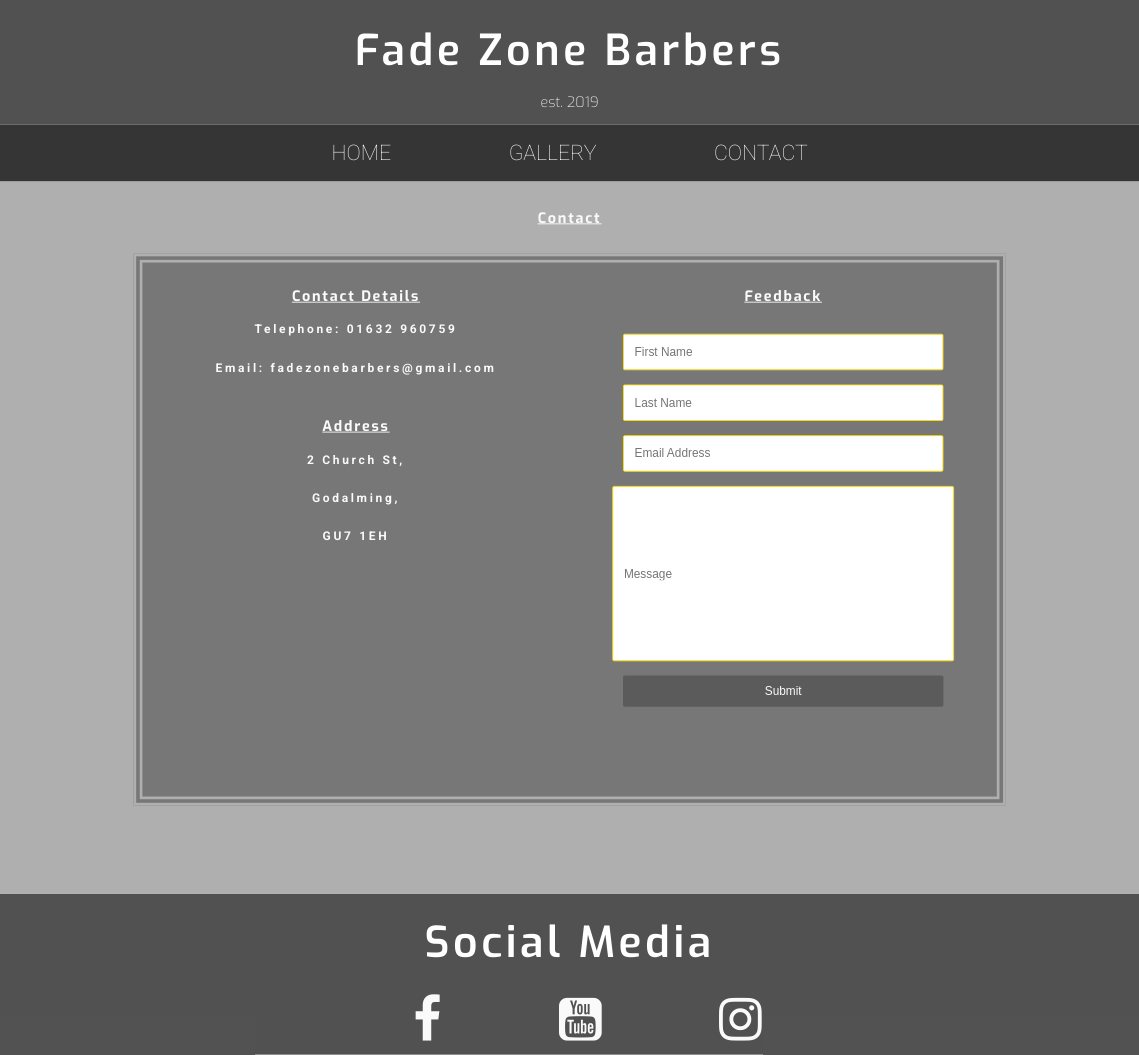
Repository: Boofy360/fade-zone-barbers
Page: contact.html
The author's editor kept a record of every edit. The page is drawn from the files as they stood at one moment, then again after the next edit.
The browser window is 1280 px wide. The pictures show the whole page, at 89% of full size.

Above is the page before.

### contact.html
<!DOCTYPE html>
<html lang="en">

<head>
    <meta charset="UTF-8">
    <meta name="viewport" content="width=device-width, initial-scale=1.0">
    <meta http-equiv="X-UA-Compatible" content="ie=edge">
    <link rel="stylesheet" href="assets/css/style.css" type="text/css" />
    <link rel="stylesheet" href="https://maxcdn.bootstrapcdn.com/font-awesome/4.7.0/css/font-awesome.min.css" type="text/css" />
    <link rel="stylesheet" href="https://cdnjs.cloudflare.com/ajax/libs/hover.css/2.3.1/css/hover-min.css" type="text/css" />
    <title>Document</title>
</head>

<body>
    <header>
        <div id="heading">
            <h1>Fade Zone Barbers</h1>
            <h2>est. 2019</h2>
            <!----------Figure out how to center---------->
        </div>
    </header>
    <nav>
        <ul id="navbar">
            <li>
                <a href="index.html">Home</a>
            </li>
            <li>
                <a href="gallery.html">Gallery</a>
            </li>
            <li>
                <a href="contact.html">Contact</a>
            </li>
        </ul>
    </nav>
    <section id="contact">
        <h2>Contact</h2>
        <div id="contact-overlay">
            <div id="left-contact">
                <h2>Contact Details</h2>
                <p>Telephone: 01632 960759</p>
                <p>Email: fadezonebarbers@gmail.com</p>
                <h2>Address</h2>
                <p>2 Church St,</p>
                <p>Godalming,</p>
                <p>GU7 1EH</p>
            </div>
            <div id="right-contact">
                <h2>Feedback</h2>
                <form action="" target="_self" method="post">
                    <input type="text" name="firstname" placeholder="First Name"/>
                    <input type="text" name="lastname" placeholder="Last Name"/>
                    <input type="text" name="email" placeholder="Email Address"/>
                    <input type="text" name="message" placeholder="Message"/>
                    <input type="submit" value="Submit"/>
                </form>
            </div>
        </div>
    </section>
    <footer>
        <h1>Social Media</h1>
        <ul id="social-networks">
            <li><a href="https://www.facebook.com" target="_blank"><i class="fa fa-facebook"></i></a></li>
            <li><a href="https://www.twitter.com" target="_blank"><i class="fa fa-youtube-square"></i></a></li>
            <li><a href="https://www.instagram.com" target="_blank"><i class="fa fa-instagram"></i></a></li>
        </ul>
    </footer>
</body>

</html>

### assets/css/style.css
@import url('https://fonts.googleapis.com/css?family=Roboto:100,200,300,400,500,600,700|Exo:100,200,300,400,500,600,700');

/*--------------------------------------------Special paddings/margins/text*/

body {
    margin: 0;
    padding: 0;
    border: 0;
}

a:link {
    text-decoration: none!important;
}

/*--------------------------------------------Header*/

header {
    background-color: rgba(8, 8, 8, 0.7);
    font-family: "Exo", sans-serif;
    line-height: 50px;
    text-align: center;
}

#heading h1 {
    font-size: 300%;
    letter-spacing: 4px;
    color: #fff;
    font-weight: 600;
    margin: 0;
    padding: 32px 0 8px;
}

#heading h2 {
    font-size: 100%;
    color: #fafafa;
    font-weight: 200;
    margin: 0;
}

/*--------------------------------------------Navbar*/

#navbar {
    background-color: rgba(32, 32, 32, 0.9);
    list-style-type: none;
    margin: auto;
    padding: 0;
    float: none;
    text-align: center
}

#navbar li {
    display: inline-block;
}

#navbar li a {
    font-family: "Roboto", sans-serif;
    color: #fafafa;
    font-size: 150%;
    font-weight: 100;
    text-transform: uppercase;
    padding: 0 64px;
    text-decoration: none;
    display: inline;
    line-height: 64px;
    transition: all 0.35s ease-in-out;
    -moz-transition: all 0.35s ease-in-out;
    -webkit-transition: all 0.35s ease-in-out;
    -o-transition: all 0.35s ease-in-out;
}

#navbar li a:hover {
    color: #ffdf00;
}


/*--------------------------------------------About Us*/

#hero-image {
    background-image: linear-gradient(rgba(0, 0, 0, 0.2), rgba(0, 0, 0, 0.2)), url("../images/tools-background.jpg");
    height: 100%;
    background-position: center;
    background-repeat: no-repeat;
    background-size: cover;
}


#hero-outer {
    height: 600px;
    width: 100%;
    overflow: hidden;
    position: relative;
    text-align: center
}

#cover-text h2 {
    letter-spacing: 2px;
    font-family: "Exo", sans-serif;
    text-decoration: underline;


}

#cover-text {
    background-color: rgba(32, 32, 32, 0.5);
    font-family: "Roboto", sans-serif;
    font-size: 1.5vh;
    text-align: center;
    color: #fafafa;
    line-height: 100%;
    width: 60%;
    height: 60%;
    border-radius: 5%;
    padding: 20px 20px;
    bottom: 20%;
    left: 10%;
    position: absolute;
    margin: 0 auto;
}

/*--------------------------------------------Prices*/

#prices {
    background-color: #afafaf;
    font-family: "Roboto", sans-serif;
    font-size: 1.5vh;
    text-align: center;
    color: #fafafa;
    width: 100%;
    height: 600px;
    position: relative;
}

#prices h2 {
    text-align: center;
    letter-spacing: 2px;
    font-family: "Exo", sans-serif;
    text-decoration: underline;
    padding: 30px 0;
    margin: 0;
}


#prices-list {
    background-color: rgba(64, 64, 64, 0.5);
    width: 80%;
    height: 65%;
    line-height: 150%;
    display: inline-block;
    border: 10px double #afafaf;
}

#left-content {
    float: left;
    width: 50%;
}

#right-content {
    float: right;
    width: 50%;
}

#left-content p,
#right-content p {
    font-size: 1.25em;
    letter-spacing: 3px;
    font-weight: 700;
    padding: 0.5em;

}

/*--------------------------------------------Gallery*/

#gallery {
    background-color: #afafaf;
    clear:both;
    height: 100%;
    line-height: 0;
    column-count: 5;
    column-gap: 0;
}

#gallery img {
    width: 100%;
}

/*--------------------------------------------Contact*/

#contact {
    background-color: #afafaf;
    width: 100%;
    height: 800px;
    position: relative;
    text-align:center;
    font-size: 1.5vh;
    font-family: "Roboto", sans-serif;
    color: #fafafa;
}

#contact h2 {
    text-align: center;
    letter-spacing: 2px;
    font-family: "Exo", sans-serif;
    text-decoration: underline;
    padding: 30px 0;
    margin: 0;
}

#contact-overlay {
    background-color: rgba(64, 64, 64, 0.5);
    width: 75%;
    height: 75%;
    line-height: 150%;
    display: inline-block;
    border: 10px double #afafaf;
}

#left-contact {
    float: left;
    width: 50%;
}

#left-contact h2 {
    padding-bottom: 0px
}

#right-contact {
    float: right;
    width: 50%;
}

#left-contact p {
    font-size: 1.25em;
    letter-spacing: 3px;
    font-weight: 700;
    padding: 0.5em;
}

input {
    width: 75%;
    padding: 12px;
    margin-top: 4px;
    margin-bottom: 12px;
    box-sizing: border-box;
    border-radius: 2px;
    border: 1px solid #ffdf00;
    cursor: text;
}

input[type=submit] {
    background-color: rgba(64, 64, 64, 0.5);
    color: #fafafa;
    padding: 10px 16px;
    border: none;
    border-radius: 2px;
    cursor: pointer;
}

input[name=message] {
    width: 80%;
    padding: 90px 12px;
}




/*--------------------------------------------Footer*/

footer {
    background-color: rgba(8, 8, 8, 0.7);
    line-height: 50px;
    text-align: center;
}

footer h1 {
    font-family: "Exo", sans-serif;
    font-size: 300%;
    letter-spacing: 4px;
    color: #fff;
    font-weight: 600;
    margin: 0;
    padding: 30px 0;
}

#social-networks {
    margin: 0;
}

#social-networks li {
    display: inline;

}

#social-networks li a {
    color: #fafafa;
    font-size: 3.5em;
    padding: 0 64px;
    line-height: 64px;
    transition: all 0.35s ease-in-out;
    -moz-transition: all 0.35s ease-in-out;
    -webkit-transition: all 0.35s ease-in-out;
    -o-transition: all 0.35s ease-in-out;
}

#social-networks li a:hover {
    color: #ffdf00;
}

After the next edit:
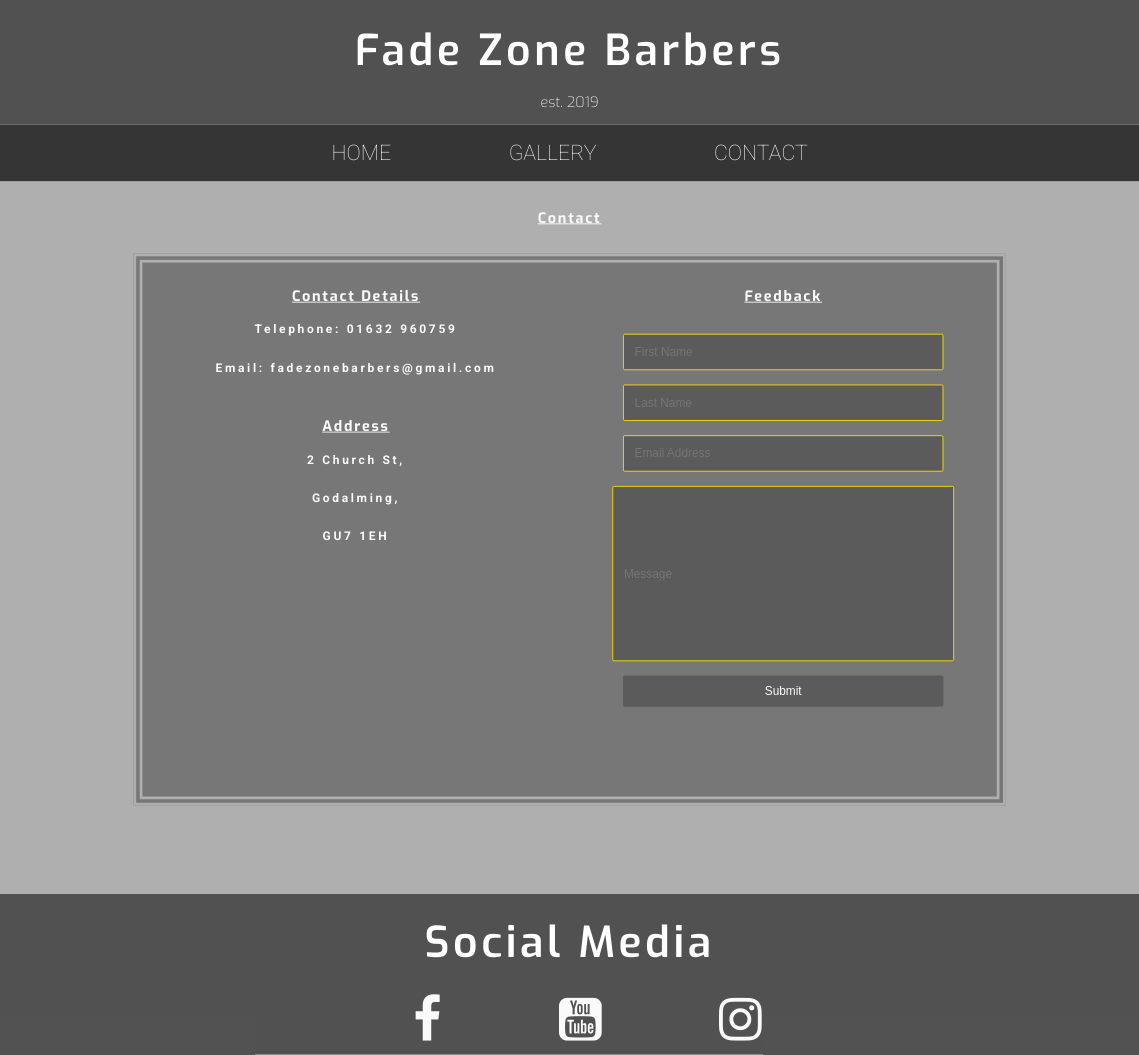
The edit:
--- a/assets/css/style.css
+++ b/assets/css/style.css
@@ -236,6 +236,8 @@
 }
 
 input {
+    background-color: rgba(64, 64, 64, 0.5);
+    color: #fafafa;
     width: 75%;
     padding: 12px;
     margin-top: 4px;
